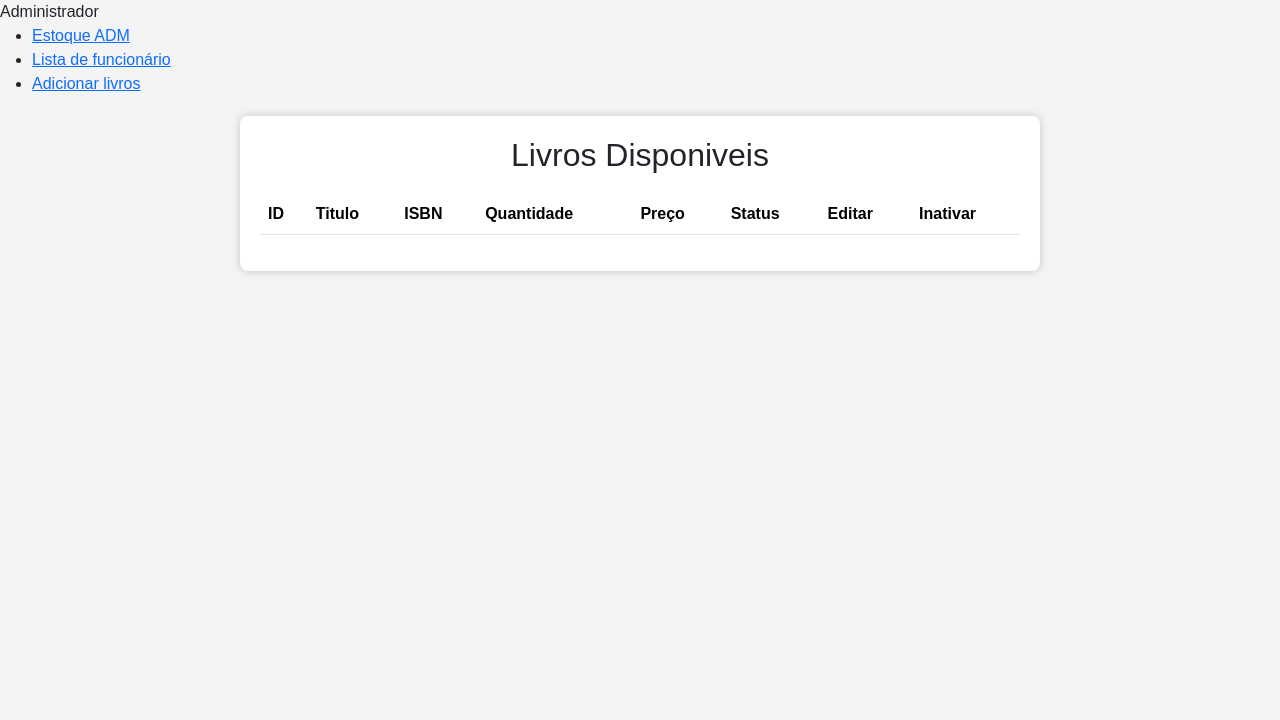
Repository: isabeli2203/tcc-final-agr-vai-oficial
Page: http://localhost/EstoqueADM
The author's editor kept a copy of each file at every save. The page is drawn from the files as they stood at one save, then again after the next save.
The browser window is 1280 px wide. The pictures show the whole page.
The page is this project's Thymeleaf template; nobody is signed in. The template is opened directly, without the code that normally fills it, so the values that code supplies are empty.

Above is the page before, as saved 2023-10-14 17:51:14.

After the next save:
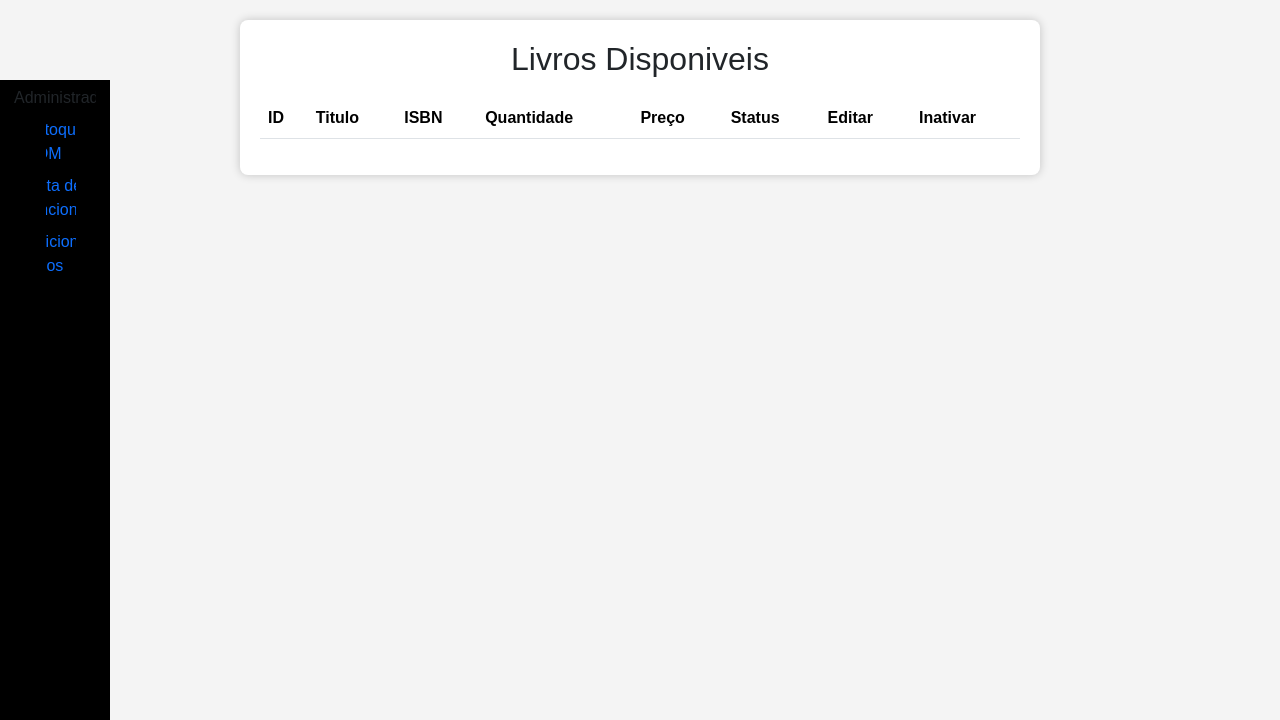
Not found: universoliterario/css/Estoque.css
Saved 41 s later.
--- a/universoliterario/src/main/resources/templates/EstoqueADM.html
+++ b/universoliterario/src/main/resources/templates/EstoqueADM.html
@@ -10,6 +10,8 @@
 		integrity="sha384-Rx+T1VzGupg4BHQYs2gCW9It+akI2MM/mndMCy36UVfodzcJcF0GGLxZIzObiEfa"></script>
 	<link href="https://cdn.jsdelivr.net/npm/bootstrap@5.3.1/dist/css/bootstrap.min.css" rel="stylesheet"
 		integrity="sha384-4bw+/aepP/YC94hEpVNVgiZdgIC5+VKNBQNGCHeKRQN+PtmoHDEXuppvnDJzQIu9" crossorigin="anonymous">
+		<link rel="stylesheet" href="/css/Estoque.css">
+<link rel="stylesheet" href="/ListaFunc.css">
 	<style>
 		body {
 			font-family: Arial, sans-serif;

After the 2 saves that followed:
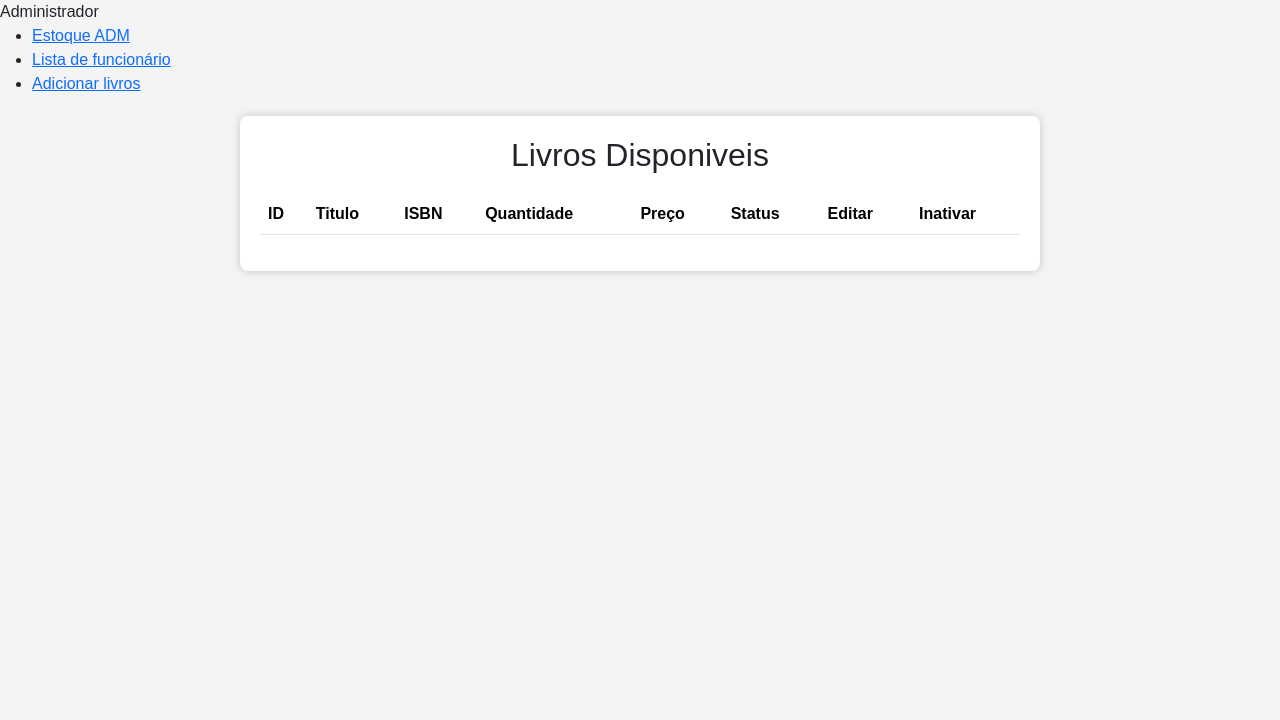
The 2 saves are shown as one change because 1 left the picture as it was.
The last was saved 58 s later.
--- a/universoliterario/src/main/resources/templates/EstoqueADM.html
+++ b/universoliterario/src/main/resources/templates/EstoqueADM.html
@@ -10,8 +10,6 @@
 		integrity="sha384-Rx+T1VzGupg4BHQYs2gCW9It+akI2MM/mndMCy36UVfodzcJcF0GGLxZIzObiEfa"></script>
 	<link href="https://cdn.jsdelivr.net/npm/bootstrap@5.3.1/dist/css/bootstrap.min.css" rel="stylesheet"
 		integrity="sha384-4bw+/aepP/YC94hEpVNVgiZdgIC5+VKNBQNGCHeKRQN+PtmoHDEXuppvnDJzQIu9" crossorigin="anonymous">
-		<link rel="stylesheet" href="/css/Estoque.css">
-<link rel="stylesheet" href="/ListaFunc.css">
 	<style>
 		body {
 			font-family: Arial, sans-serif;
